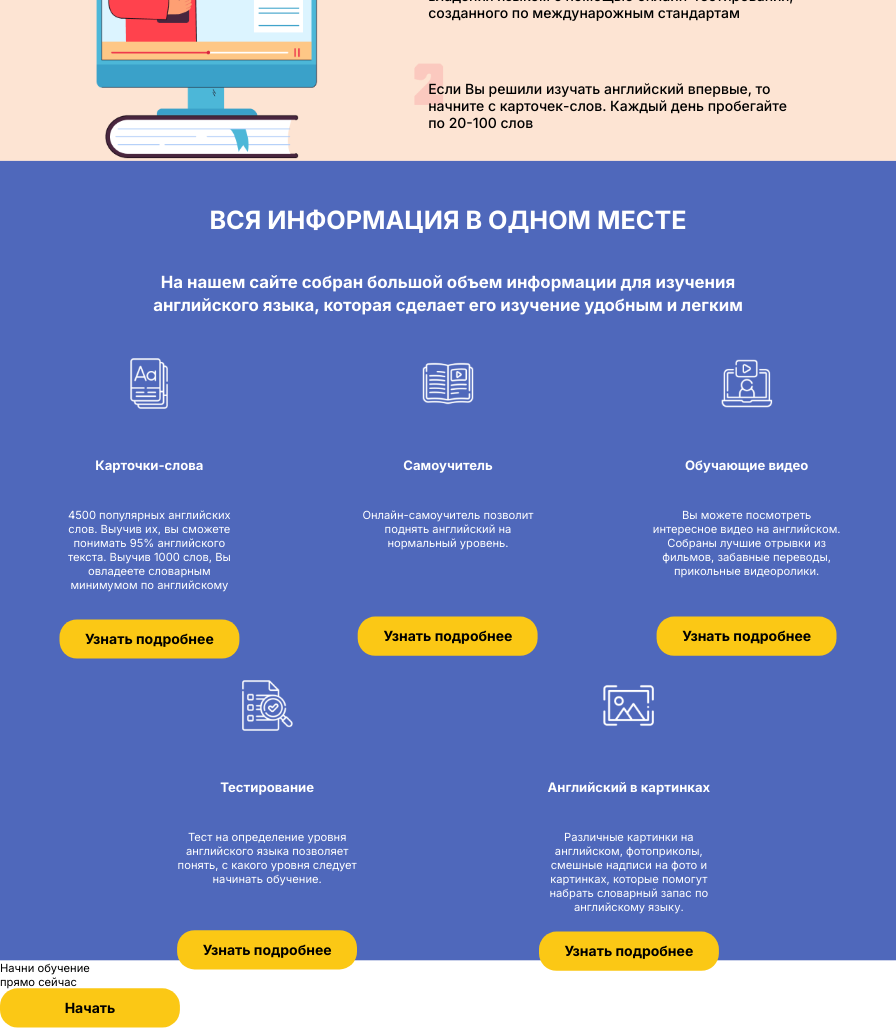
Repository: WladimirVA/Diplom
Page: scool/index.html
The author's editor kept a copy of each file at every save. The page is drawn from the files as they stood at one save, then again after the next save.
The browser window is 1280 px wide. The pictures show the part of the page from y = 1147 to 3067 px (the page is 2615 px tall before and 3067 px after), at 70% of full size.

Above is the page before, as saved 2023-07-18 17:13:25.

After the next save:
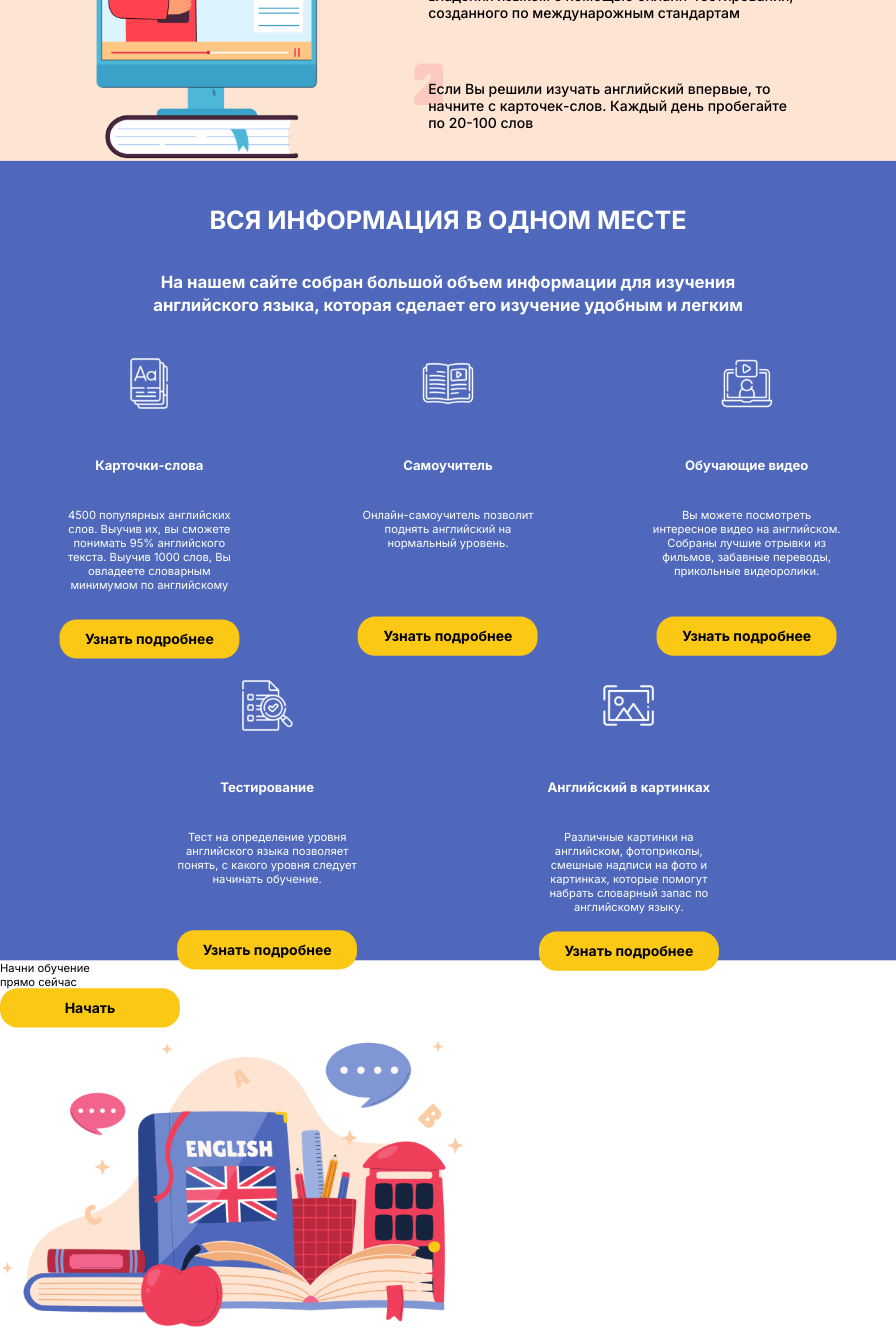
Saved 50 s later.
--- a/scool/index.html
+++ b/scool/index.html
@@ -164,7 +164,7 @@
                     </form>
                 </div>
                 <div class="training-img">
-
+                    <img src="./img/image 2 (3).png" alt="number2">
                 </div>
             </div>
         </section>
